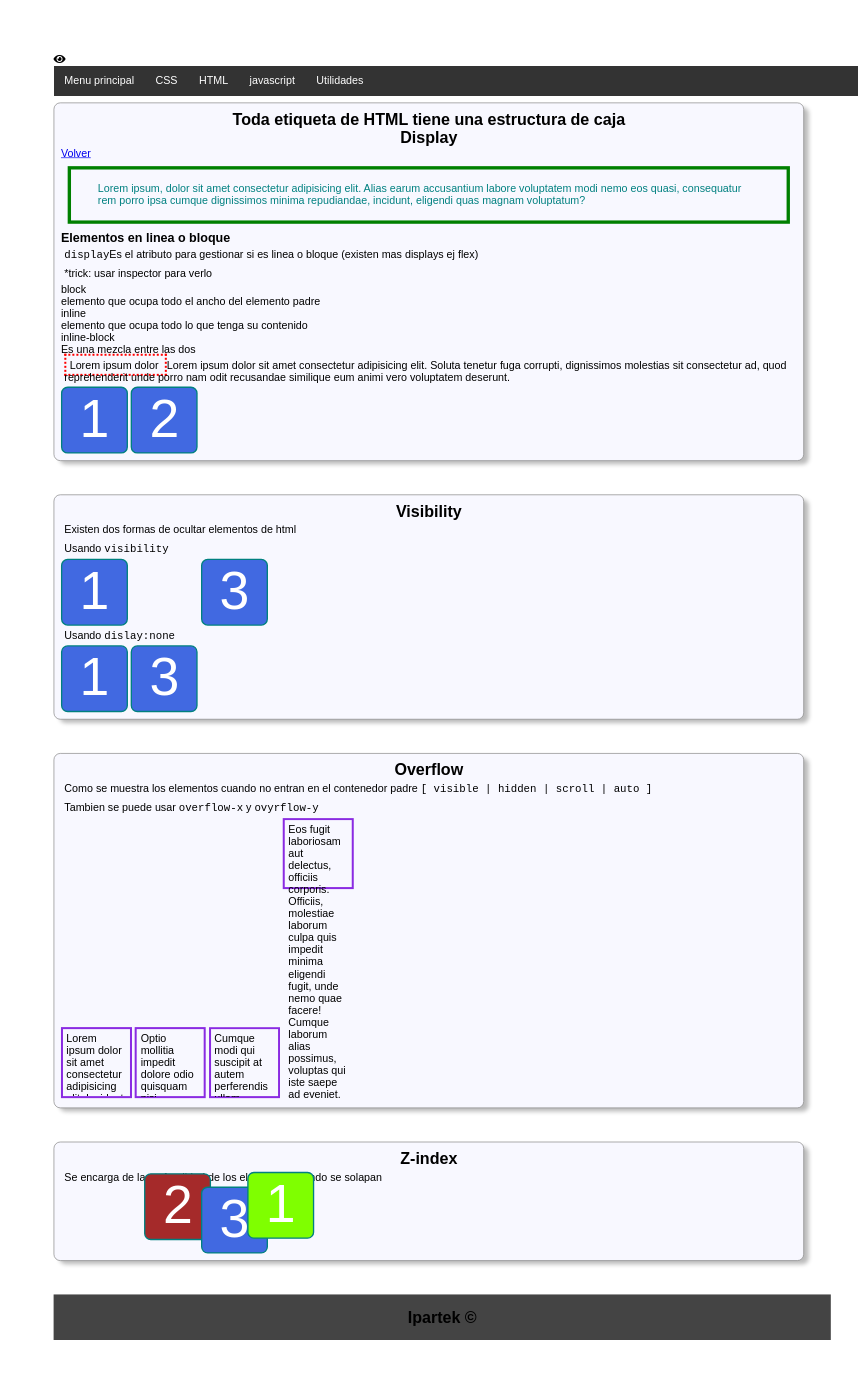
Repository: jcsanceledonio/java_2019_0396_2
Page: http://localhost/javaWebApp/ejemplos/html/box-model.jsp
An editor plug-in stored every save of this project. The page is shown before and after the next save, followed by the edit.
The browser window is 1280 px wide. The pictures show the whole page, at 67% of full size.
Some web libraries are served in a nearby version. The page is served by Tomcat 9. Other server files are loaded and not shown.

Above is the page before, as saved 2019-11-20 09:42:48.

### javaWebApp/src/main/webapp/ejemplos/html/box-model.jsp
<%String titulo = "HelloWeb | box-model";%>

<%@include file="/includes/header.jsp" %>
<%@include file="/includes/navigation.jsp"%>
    <style>
        body {
            padding: 80px;
        }

        span {
            border: 3px dotted red;
            padding: 5px;
        }

        p {

            padding: 5px;
        }

        p.prueba {
            color: teal;
            border: 5px solid green;
            margin: 10px;
            /* padding: 20px;  */
            padding: 20px 40px;
        }

        .box {
            display: inline-block;
            /* para que el bloque ocupe el borde que especifiquemos
            sin que se le sume los 2px de los bordes */
            box-sizing: border-box;
            width: 100px;
            height: 100px;

            border: 2px solid teal;
            background-color: royalblue;
            border-radius: 10px;

            color: #fff;
            font-size: 5em;
            text-align: center;
        }

        .box-texto {
            display: inline-block;
            width: 100px;
            height: 100px;
            border: 3px solid blueviolet;
        }

        section {
            border: 1px solid rgb(131, 131, 131);
            background-color: ghostwhite;
            padding: 10px;
            margin-bottom: 50px;
            border-radius: 10px;

            -webkit-box-shadow: 8px 6px 6px -1px rgba(0, 0, 0, 0.27);
            -moz-box-shadow: 8px 6px 6px -1px rgba(0, 0, 0, 0.27);
            box-shadow: 8px 6px 6px -1px rgba(0, 0, 0, 0.27);
        }
    </style>

    <h1>Visualización</h1>

    <section>
        <h2>Toda etiqueta de HTML tiene una estructura de caja</h2>
        <h2>Display</h2>
        <a href="index.jsp">Volver</a>

        <p class="prueba">Lorem ipsum, dolor sit amet consectetur adipisicing elit. Alias earum accusantium labore
            voluptatem modi nemo eos
            quasi, consequatur rem porro ipsa cumque dignissimos minima repudiandae, incidunt, eligendi quas magnam
            voluptatum?</p>

        <h3>Elementos en linea o bloque</h3>
        <p><code>display</code>Es el atributo para gestionar si es linea o bloque (existen mas displays ej flex)</p>
        <p>*trick: usar inspector para verlo</p>
        <dl>
            <dt>block</dt>
            <dd>elemento que ocupa todo el ancho del elemento padre</dd>

            <dt>inline</dt>
            <dd>elemento que ocupa todo lo que tenga su contenido</dd>

            <dt>inline-block</dt>
            <dd>Es una mezcla entre las dos</dd>

        </dl>

        <p> <span> Lorem ipsum dolor </span> Lorem ipsum dolor sit amet consectetur adipisicing elit. Soluta tenetur
            fuga
            corrupti, dignissimos molestias sit
            consectetur ad, quod reprehenderit unde porro nam odit recusandae similique eum animi vero voluptatem
            deserunt.
        </p>

        <div class="box">1</div>
        <div class="box">2</div>
    </section>

    <section>
        <h2>Visibility</h2>
        <p>Existen dos formas de ocultar elementos de html</p>
        <!-- Se oculta pero respeta el espacio -->
        <p>Usando <code>visibility</code></p>
        <div class="box">1</div>
        <div class="box" style="visibility:hidden">2</div>
        <div class="box">3</div>

        <!-- Se oculta y no ocupa espacio -->
        <p>Usando <code>dislay:none</code></p>
        <div class="box">1</div>
        <div class="box" style="display:none">2</div>
        <div class="box">3</div>
    </section>

    <section>
        <h2>Overflow</h2>
        <p> Como se muestra los elementos cuando no entran en el contenedor padre
            <code>[ visible | hidden | scroll | auto ]</code> </p>
        <p>Tambien se puede usar <code>overflow-x</code> y <code>ovyrflow-y</code></p>
        <div class="box-texto" style="overflow: hidden;">
            <p>Lorem ipsum dolor sit amet consectetur adipisicing elit. Incidunt laudantium ipsam facere explicabo in
                adipisci sed autem aliquid aspernatur magni neque, dolorem maiores! Quos praesentium dolorem inventore
                tenetur dolorum nam!</p>
        </div>
        <div class="box-texto" style="overflow: scroll;">
            <p>Optio mollitia impedit dolore odio quisquam nisi perferendis autem provident aspernatur sit, voluptates
                inventore et quia repellendus assumenda nesciunt officia voluptatem, harum est saepe pariatur
                consequatur! Ea eum quos veniam.</p>
        </div>
        <div class="box-texto" style="overflow: auto;">
            <p>Cumque modi qui suscipit at autem perferendis ullam tempore cum, culpa asperiores. Pariatur numquam
                provident velit facere quo vitae! Accusamus pariatur quaerat officia molestias ad fugit natus et
                dignissimos tempore!</p>
        </div>
        <div class="box-texto" style="overflow: visible;">
            <p>Eos fugit laboriosam aut delectus, officiis corporis. Officiis, molestiae laborum culpa quis impedit
                minima eligendi fugit, unde nemo quae facere! Cumque laborum alias possimus, voluptas qui iste saepe ad
                eveniet.</p>
        </div>

    </section>

    <section>
        <h2>Z-index</h2>
        <p>Se encarga de la profundidad de los elementos cuando se solapan</p>

        <div class="box"
            style="background-color: chartreuse; position: relative; left: 278px; bottom: 22px; z-index: 2;">1</div>
        <div class="box" style="z-index: 0;position: relative; top:-20px; left:20px; background-color: brown;">2</div>
        <div class="box" style="z-index: 1;position: relative;">3</div>

    </section>

  <%@include file="/includes/footer.jsp" %>

### javaWebApp/src/main/webapp/includes/header.jsp
<!DOCTYPE html> <!-- html5 -->
<html lang="es">

<head>
    <meta charset="UTF-8">
    <meta name="viewport" content="width=device-width, initial-scale=1.0">
    <meta http-equiv="X-UA-Compatible" content="ie=edge">
    <title><%=titulo%></title>
    <link href="https://fonts.googleapis.com/icon?family=Material+Icons" rel="stylesheet">
    <link rel="stylesheet" href="https://cdnjs.cloudflare.com/ajax/libs/font-awesome/5.11.2/css/all.css"></link>

    <!-- <base href="/PruebaTecnica/"> -->
    <base href="/helloweb/">
    <!-- estilos -->
    <link rel="stylesheet" href="css/styles.css">

</head>

<body>


 <i class="fas fa-eye"></i>

### javaWebApp/src/main/webapp/includes/navigation.jsp
 <header>
        <nav>
            <ul>
                <li><a href="#home">Menu principal</a></li>
                <li class="dropdown">
                    <a href="#" class="dropbtn">CSS</a>
                    <div class="dropdown-content">
                        <a href="ejemplos/css/animaciones.jsp">Animaciones</a>
                        <a href="ejemplos/css/basico.jsp">Basico</a>
                        <a href="ejemplos/css/especificidad.jsp">Especificidad</a>
                        <a href="ejemplos/css/avanzado.jsp">Avanzado</a>

                    </div>
                </li>
                <li class="dropdown">
                    <a href="#" class="dropbtn">HTML</a>
                    <div class="dropdown-content">
                        <a href="ejemplos/html/box-model.jsp">Visualizacion</a>
                        <a href="ejemplos/html/posicionamiento.jsp">Posicionamiento</a>
                        <a href="ejemplos/html/formulario.jsp">Formularios</a>
                        <a href="login.jsp">Login</a>
                    </div>
                </li>
                <li class="dropdown">
                    <a href="#" class="dropbtn">javascript</a>
                    <div class="dropdown-content">
                        <a href="ejemplos/js/game.jsp">Arkanoid</a>
                    </div>
                </li>
                <li class="dropdown">
                    <a href="#" class="dropbtn">Utilidades</a>
                    <div class="dropdown-content">
                        <a href="https://caniuse.com/">caniuse</a>
                    </div>
                </li>
            </ul>
        </nav>
    </header>

### javaWebApp/src/main/webapp/includes/footer.jsp
 <footer>
        <h2>Ipartek &copy</h2>
    </footer>

    <!-- javascript -->
    <script src="js/main.js"></script>
</body>

</html>

### javaWebApp/src/main/webapp/css/styles.css
/*
Hoja de estilos
esto es un comentario de bloque
@author: Juan Carlos
@version: 1.0
@tags: css, basic, etc...
@licencia mit
 */

* {
    margin: 0;
    padding: 0;
}

/*
orden CSS
1. Reset
2. @Keyframes
3. TODAS etiquetas estilos generales
4. Layouts
5. clases para reutilizar
6. cosas mas especificas como los ids
 */

body {
    font-size: 16px;
    font-family: Arial, Helvetica, sans-serif;
}

h1 {
    color: #0099CC;
    font-size: 3em;
    text-align: center;
}

h2 {
    text-align: center;
}

.tabla {
    background-color: white;
    text-align: center;
}

table {
    width: 50%;
    margin: auto;
}

table caption {
    font-size: 2em;
}

td {
    width: 50%;
    height: 30px;
    border: 1px solid #000;
    border-radius: 5px;
}

main {
    margin-bottom: 180px;
}

td:hover {
    background-color: rgb(24, 123, 236);
}

/* -------------------------------------- */

/* Formulario */

input[type="text"]:valid {
    color: green;
}

input[type="text"]:invalid {
    color: red;
}

/* /Fin formulario */

/* ----------------------------------------- */

.parallax {
    background-image: url(/helloweb/images/office.jpg);
    /* Create the parallax scrolling effect */
    height: 500px;
    background-attachment: fixed;
    background-position: center;
    background-repeat: no-repeat;
    background-size: cover;
}

.parallax h1 {
    padding-top: 3em;
}

.parallax h2 {
    padding-top: 0.5em;
}

nav {
    width: 100%;
    position: fixed;
}

nav ul {
    list-style-type: none;
    margin: 0;
    padding: 0;
    overflow: hidden;
    background-color: #333;
}

nav li {
    float: left;
}

nav li a, .dropbtn {
    display: inline-block;
    color: white;
    text-align: center;
    padding: 14px 16px;
    text-decoration: none;
}

nav li a:hover, .dropdown:hover .dropbtn {
    background-color: rgb(0, 60, 255);
}

nav li.dropdown {
    display: inline-block;
}

.dropdown-content {
    display: none;
    position: absolute;
    background-color: #f9f9f9;
    min-width: 160px;
    box-shadow: 0px 8px 16px 0px rgba(0, 0, 0, 0.2);
    z-index: 1;
}

.dropdown-content a {
    color: black;
    padding: 12px 16px;
    text-decoration: none;
    display: block;
    text-align: left;
}

.dropdown-content a:hover {
    background-color: #f1f1f1;
}

.dropdown:hover .dropdown-content {
    display: block;
}

footer {
    /*  position: fixed; */
    padding: 20px;
    bottom: 0;
    background-color: rgb(68, 68, 68);
    width: 100%;
}

#btnUp {
    width: 40px;
    height: 40px;
    display: flex;
    align-items: center;
    justify-content: center;
    background: rgb(5, 125, 165);
    border-radius: 50%;
    text-decoration: none;
    color: white;
    box-shadow: 2px 2px 5px rgba(0, 0, 0, 0.25);
    position: fixed;
    right: 20px;
    bottom: 20px;
    transition: background 0.25s;
}

#btnUp:active {
    background: rgb(4, 80, 105);
}

### javaWebApp/src/main/webapp/js/main.js
//Comentario de linea
/*
    Comentario de bloque
*/
/**
 *  Comentario de bloque para documentar
 */

console.trace('Esto es una traza de log');
console.info('Para informar de cosas');
var a = 2;
console.debug('La variable a=' + a);
//console.warn('alerta');
//console.error('Error en la conexion de al servidor');

function buscarVoluntario() {

    var personas = ["Juan", "Pepe", "Luis"];
    //console.trace('click buscaVoluntario');

    document.getElementById("nombre").innerHTML = personas[Math.floor(Math.random() * personas.length)];

    //document.getElementById('nombre').innerHTML = "Ander";
}

After the next save:
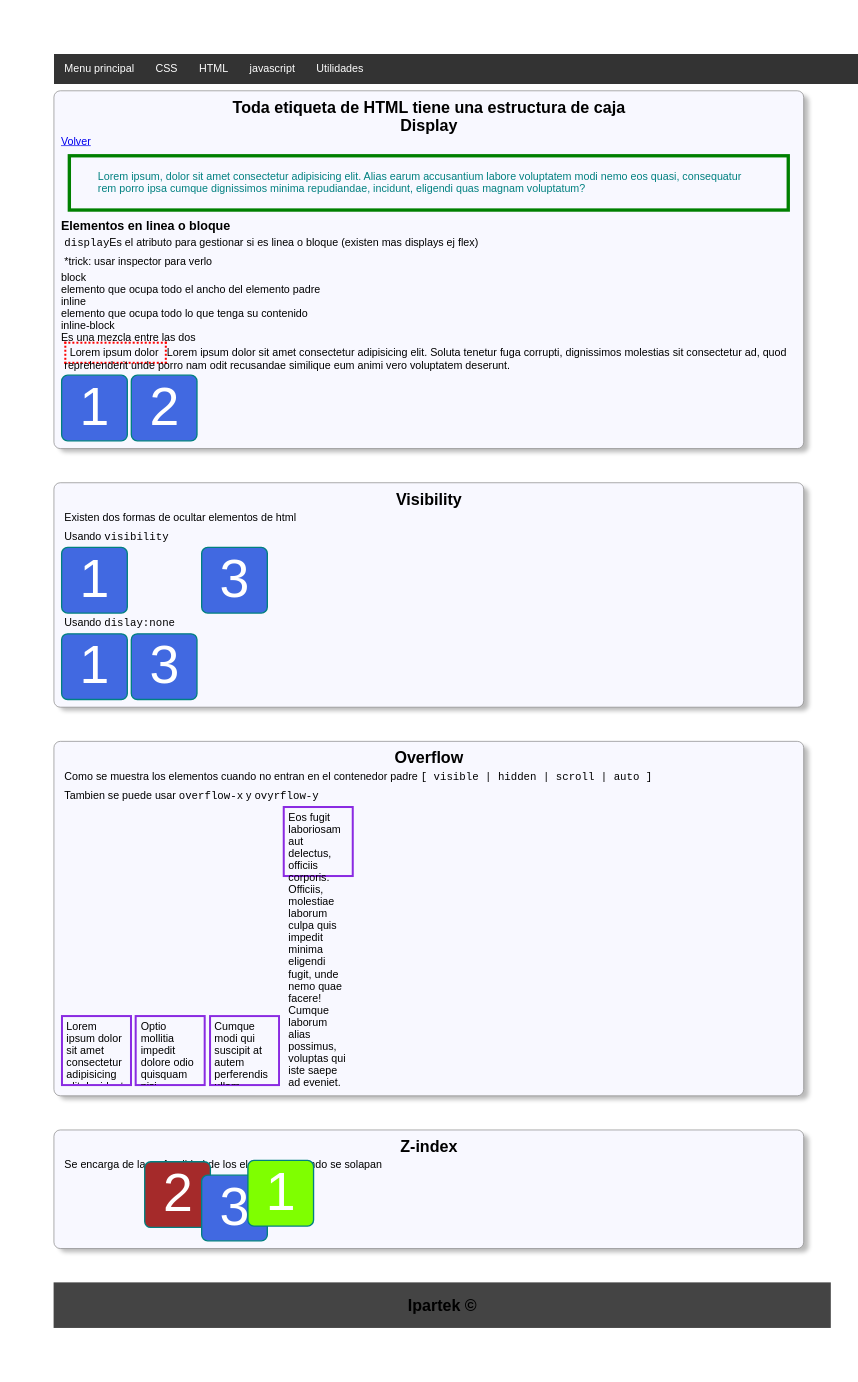
Saved 48 s later.
--- a/javaWebApp/src/main/webapp/includes/header.jsp
+++ b/javaWebApp/src/main/webapp/includes/header.jsp
@@ -7,7 +7,7 @@
     <meta http-equiv="X-UA-Compatible" content="ie=edge">
     <title><%=titulo%></title>
     <link href="https://fonts.googleapis.com/icon?family=Material+Icons" rel="stylesheet">
-    <link rel="stylesheet" href="https://cdnjs.cloudflare.com/ajax/libs/font-awesome/5.11.2/css/all.css"></link>
+    <link rel="stylesheet" href="https://cdnjs.cloudflare.com/ajax/libs/font-awesome/5.11.2/css/all.css">
 
     <!-- <base href="/PruebaTecnica/"> -->
     <base href="/helloweb/">
@@ -17,6 +17,3 @@
 </head>
 
 <body>
-
-
- <i class="fas fa-eye"></i>
